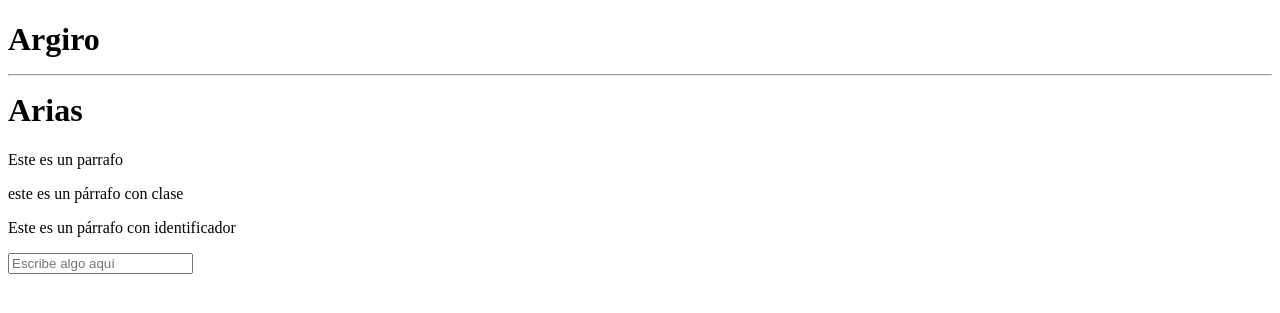
Repository: elto82/NuevoCursoPr-cticodeJavaScript
Page: index.html
The author's editor kept a copy of each file at every save. The page is drawn from the files as they stood at one save, then again after the next save.
The browser window is 1280 px wide. The pictures show the whole page.

Above is the page before, as saved 2022-09-09 08:28:25.

### index.html
<!DOCTYPE html>
<html lang="en">
<head>
  <meta charset="UTF-8">
  <meta http-equiv="X-UA-Compatible" content="IE=edge">
  <meta name="viewport" content="width=device-width, initial-scale=1.0">
  <title>Manipulación Del DOM Básica</title>
</head>
<body>
  <h1>Manipulación Del DOM Básica</h1>

  <p>Este es un parrafo</p>
  <p class="parrafo">este es un párrafo con clase</p>
  <p id="pid">Este es un párrafo con identificador</p>

  <input placeholder="Escribe algo aquí" type="text" name="" id="">

  <script src="./main.js"></script>
</body>
</html>

### main.js


const h1 = document.querySelector('h1')
const p = document.querySelector('p')
const parrafo = document.querySelector('.parrafo')
const pid = document.querySelector('#pid')
const input = document.querySelector('input')

console.log({
  h1,
  p,
  parrafo,
  pid,
  input,
});

h1.innerHTML = 'Argiro <hr> Arias'

After the next save:
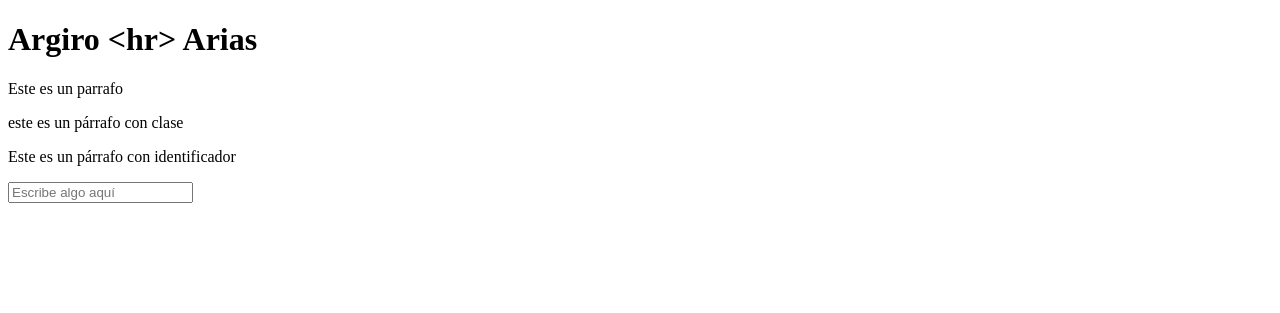
Saved 25 s later.
--- a/main.js
+++ b/main.js
@@ -15,3 +15,6 @@ console.log({
 });
 
 h1.innerHTML = 'Argiro <hr> Arias'
+
+
+h1.innerText = 'Argiro <hr> Arias'
